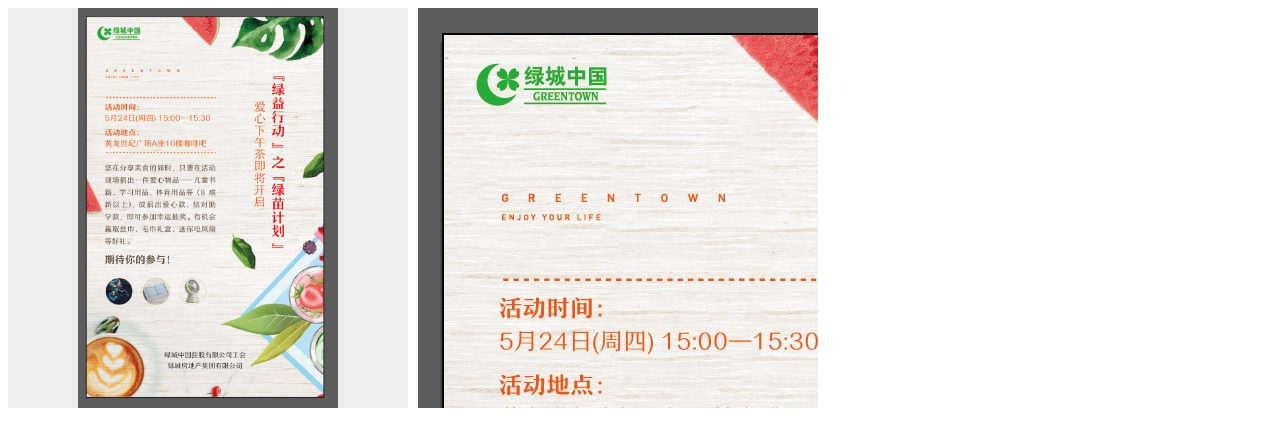
Repository: flyingBirder/webapp
Page: src/views/ImageZoom/index.html
The author's editor kept a copy of each file at every save. The page is drawn from the files as they stood at one save, then again after the next save.
The browser window is 1280 px wide. The pictures show the whole page.

Above is the page before, as saved 2018-09-13 12:44:01.

### src/views/ImageZoom/index.html
<!DOCTYPE html>
<html lang="en">

<head>
  <meta charset="UTF-8">
  <title>图片放大镜</title>
  <style>
    #full-pic {
      position: relative;
      width: 400px;
      height: 400px;
      background: #eee;
    }

    #full-pic>img {
      display: block;
      height: 400px;
      margin: 0 auto;
    }

    #pic-span {
      display: none;
      position: absolute;
      cursor: move;
      width: 200px;
      height: 200px;
      /* background: url(../img/pic-span.png); */
      background: white;
      opacity: 0.4;
      left: 0px;
      top: 0px;
      z-index: 1;
    }

    #big-pic {
      width: 400px;
      height: 400px;
      overflow: hidden;
      background: white;
      position: absolute;
      left: 410px;
      top: 0;
      display: block;
    }

    #big-pic>img {
      display: block;
      position: absolute;
      left: 0;
      top: 0;
    }
  </style>
</head>

<body>
  <div id="full-pic">
    <img src="full-pic-1.jpg" alt="">
    <span id="pic-span"></span>
    <div id="big-pic">
      <img src="full-pic-1.jpg" alt="">
    </div>
  </div>
</body>
<script>
  var pic_div = document.getElementById('full-pic');//拿到整个大的div
  var normal_pic = pic_div.getElementsByTagName('img')[0];//拿到div中的图片
  var span_move = document.getElementById('pic-span');//拿到显示当前图片位置的span
  var big_div = document.getElementById('big-pic');//拿到右边放置放大图片的div
  var pic_move = big_div.getElementsByTagName('img')[0];//拿到右侧放大的图片本身
  //当鼠标在最外层div中滑动的时候触发事件，因为要获取当前的鼠标位置所以要拿到事件源evt
  pic_div.onmousemove = function (evt) {
    // 获取事件
    var e = evt || window.event;
    // 获取大图和小图之间的倍数
    var bigSize = pic_move.offsetHeight;
    var littleSize = normal_pic.offsetHeight;
    var n = bigSize / littleSize;
    //获取pic对于页面的绝对位置
    var pic_x = normal_pic.getBoundingClientRect().left;
    var pic_y = normal_pic.getBoundingClientRect().top + document.documentElement.scrollTop;
    // 获取鼠标相对full-pic的位置
    var mouse_x = e.pageX - pic_x;
    var mouse_y = e.pageY - pic_y;
    //将两个div的设置为显示
    big_div.style.display = 'block';
    span_move.style.display = 'block';
    span_move.style.width = normal_pic.offsetWidth / 2 + 'px';
    span_move.style.height = normal_pic.offsetWidth / 2 + 'px';
    //设置边际以及图片移动的算法
    if (mouse_x <= span_move.offsetWidth / 2) {
      //在最左侧不发生移动的情况
      pic_move.style.left = '0px';//右边大图位置为0px
      span_move.style.left = normal_pic.offsetLeft + 'px';//span始终和图片左端对齐
    } else
      if (mouse_x > span_move.offsetWidth / 2 && mouse_x < normal_pic.offsetWidth - span_move.offsetWidth / 2) {
        var tempX = mouse_x - span_move.offsetWidth / 2;
        pic_move.style.left = -n * (tempX) + 'px';//控制右侧大图的移动
        span_move.style.left = tempX + normal_pic.offsetLeft + 'px';//控制span位置的移动
      }
      else {
        //当移动到最右端的时候，停止span的移动，大图也移动到相应的最右端，此时可以通过一个n来控制大图的移动了
        pic_move.style.left = -n * (normal_pic.offsetWidth - span_move.offsetWidth) + 'px';
        span_move.style.left = normal_pic.offsetLeft + normal_pic.offsetWidth - span_move.offsetWidth + 'px';
      }
    if (mouse_y <= span_move.offsetWidth / 2) {
      pic_move.style.top = '0px';
      span_move.style.top = '0px';
    } else if (mouse_y > span_move.offsetHeight / 2 && mouse_y < normal_pic.offsetHeight - span_move.offsetHeight / 2) {
      var tempY = mouse_y - span_move.offsetHeight / 2;
      pic_move.style.top = - n * tempY + 'px';
      span_move.style.top = tempY + 'px';
    } else {
      pic_move.style.top = -(n - 1) * normal_pic.offsetHeight + 'px';
      span_move.style.top = normal_pic.offsetHeight - span_move.offsetHeight + 'px';
    }


  }


  pic_div.onmouseout = function () {
    span_move.style.display = 'none';
    big_div.style.display = 'none';
  }

</script>

</html>

After the next save:
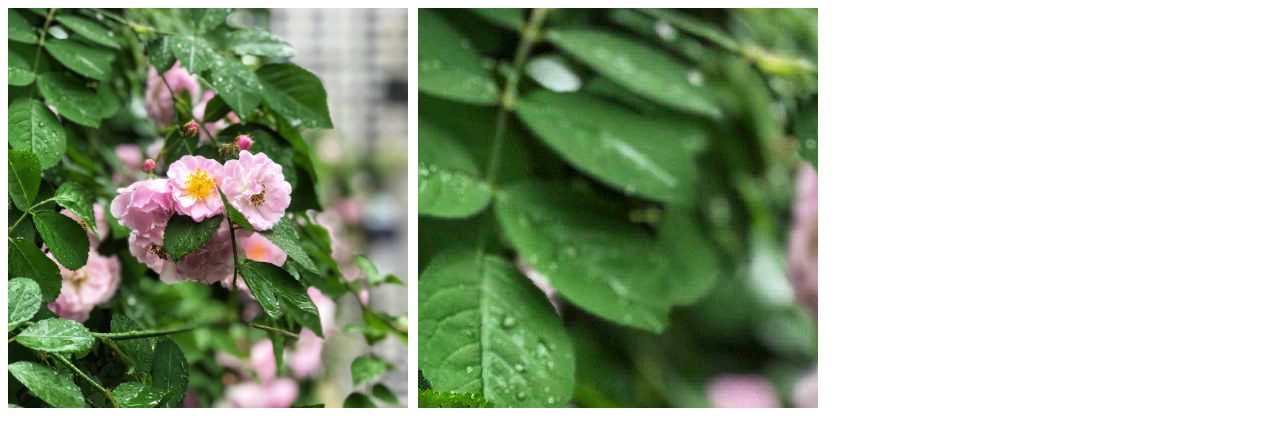
Saved 2 h 50 min later.
--- a/src/views/ImageZoom/index.html
+++ b/src/views/ImageZoom/index.html
@@ -54,10 +54,10 @@
 
 <body>
   <div id="full-pic">
-    <img src="full-pic-1.jpg" alt="">
+    <img src="2.jpg" alt="">
     <span id="pic-span"></span>
     <div id="big-pic">
-      <img src="full-pic-1.jpg" alt="">
+      <img src="2.jpg" alt="">
     </div>
   </div>
 </body>
